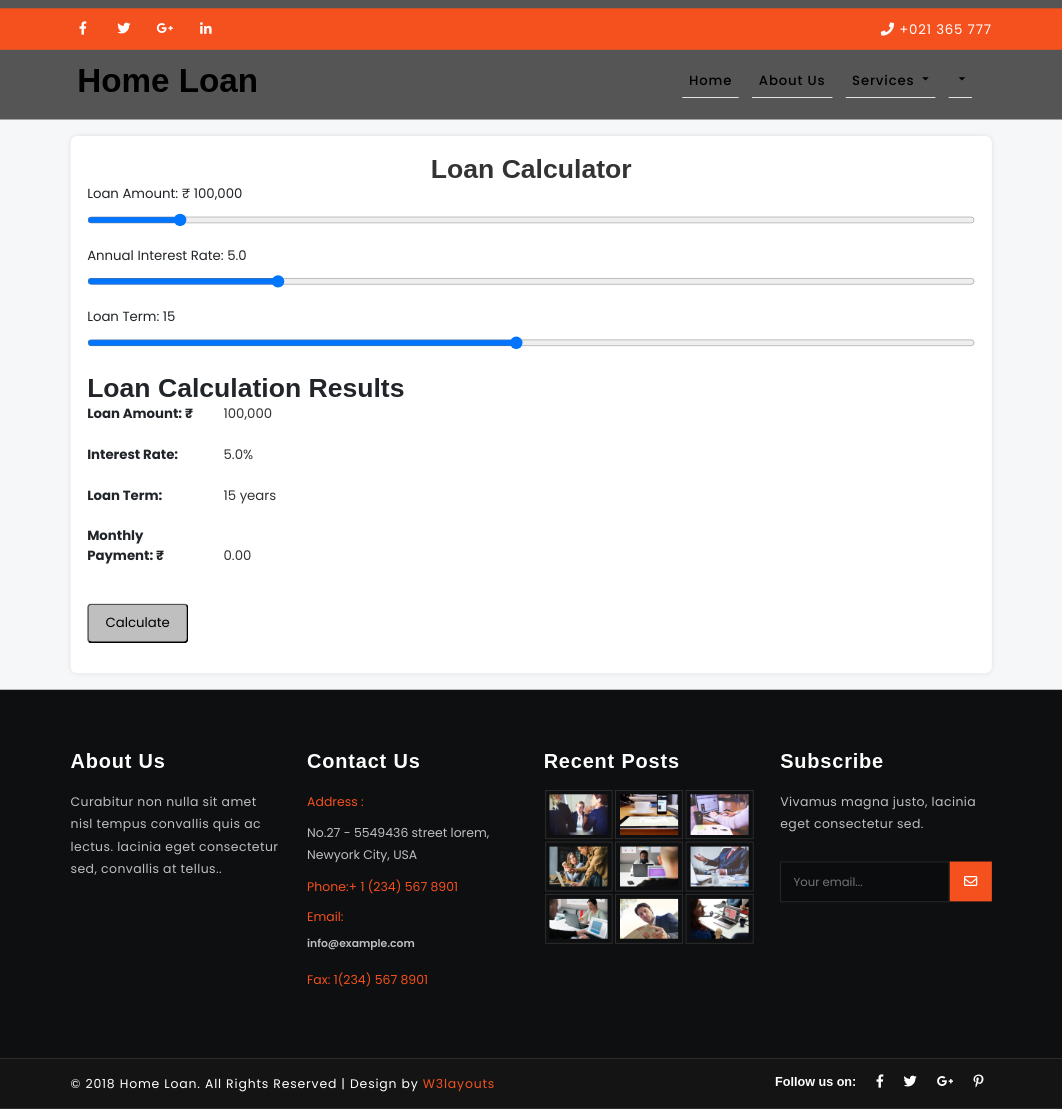
Repository: 72-faisal/Spring-MVC-project
Page: http://localhost/HomeLoan/WEB-INF/views/flexiPay.jsp
These files come from the project's save history. The page is drawn as it stood at one moment and after the next save; the edit follows.
The browser window is 1280 px wide. The pictures show the whole page, at 83% of full size.
Some web fonts or font styles are not loaded; a fallback is used. The page is served by Tomcat 9. Nobody is signed in. Other server files are loaded and not shown. The template is opened directly, without the code that normally fills it, so the values that code supplies are empty.

Above is the page before, as saved 2024-01-15 11:44:47.

### HomeLoan/src/main/webapp/WEB-INF/views/flexiPay.jsp
<%@ page language="java" contentType="text/html; charset=ISO-8859-1"
	pageEncoding="ISO-8859-1"%>
<%@ page isELIgnored="false"%>
<!DOCTYPE html>
<html>
<head>
<meta charset="ISO-8859-1">
<title>Home Loan a Banking Category Flat Bootstrap Responsive
	Website Template | Services :: w3layouts</title>
<style>
/* Add your global styles here */
body {
	font-family: 'Poppins', sans-serif;
	margin: 0;
	padding: 0;
	background-color: #f5f5f5;
}

header {
	background-color: #555;
	color: #fff;
	padding: 10px 0;
}

.container {
	width: 80%;
	margin: auto;
}

/* Add more styles as needed */

/* Apply Online Section Styles */
.apply-online {
	background-color: #fff;
	padding: 20px;
	margin: 20px 0;
	border-radius: 8px;
	box-shadow: 0 0 6px rgba(0, 0, 0, 0.1);
}

.apply-online h2 span {
	color: #333;
}

.apply-online form {
	max-width: 600px;
	margin: auto;
}

.apply-online label {
	display: block;
	margin-bottom: 10px;
}

.apply-online input[type="range"] {
	width: 100%;
}

.apply-online button {
	background-color: #bfbfbf;
	color: #000;
	padding: 10px 20px;
	text-decoration: none;
	border-radius: 5px;
	display: inline-block;
	margin-top: 20px;
	cursor: pointer;
}
/* Add more styles as needed */

/* Result Section Styles */
#resultSection {
	margin-top: 20px;
}

.result-item {
	margin-bottom: 15px;
}

.result-item label {
	font-weight: bold;
	display: inline-block;
	width: 150px;
}

.result-item span {
	display: inline-block;
	color: #333;
	font-weight: normal;
	margin-left: 10px;
}

/* Add more styles as needed */
</style>
<!-- <style type="text/css">
/* Global Styles */
body {
	font-family: 'Poppins', sans-serif;
	margin: 0;
	padding: 0;
	background-color: #f5f5f5;
}

/* Header Styles */
/*   header {
        background-color: #333;
        color: #fff;
        padding: 10px 0;
    } */
.top {
	background-color: #555;
	padding: 5px 0;
}

.top-middle ul, .top-left ul {
	padding: 0;
	margin: 0;
	list-style: none;
}

.top-middle ul li, .top-left ul li {
	display: inline;
	margin-right: 10px;
}

/* Apply Online Section Styles */
.apply-online {
	/* background-color: #fff; */
	padding: 20px;
	margin: 20px 0;
	border-radius: 8px;
	box-shadow: 0 0 6px rgba(0, 0, 0, 0.1);
}

.apply-online h2 span {
	color: #333;
}

.apply-online ul {
	list-style: none;
	padding: 60px;
	margin: 0;
	text-align: center;
}

.apply-online ul li {
	display: inline-block;
	margin-right: 75px;
	vertical-align: top;
}

.apply-online ul li img {
	max-width: 100%;
}

.apply-online ul li p {
	margin: 5px 0;
}

.apply-online .apply-btn {
	background-color: #bfbfbf;
	color: #000;
	padding: 10px 20px;
	text-decoration: none;
	border-radius: 5px;
	display: inline-block;
	margin-top: 20px;
}

/* Footer Styles */
/*  footer {
        background-color: #f1f1f1;
        color: #fff;
        text-align: center;
        padding: 10px 0;
        margin-top: 20px;
    } */
</style> -->
<!-- Additional stylesheets -->
<title>Home Loan a Banking Category Flat Bootstrap Responsive
	Website Template | Services :: w3layouts</title>
<meta name="viewport" content="width=device-width, initial-scale=1">
<meta charset="utf-8">
<meta name="keywords"
	content="Home Loan Responsive web template, Bootstrap Web Templates, Flat Web Templates, Android Compatible web template,
SmartPhone Compatible web template, free WebDesigns for Nokia, Samsung, LG, SonyEricsson, Motorola web design" />
<script>
	addEventListener("load", function() {
		setTimeout(hideURLbar, 0);
	}, false);

	function hideURLbar() {
		window.scrollTo(0, 1);
	}
</script>

<!-- Bootstrap Core CSS -->
<link href="<%=request.getContextPath()%>/resources/css/bootstrap.css"
	rel='stylesheet' type='text/css' />
<link href="<%=request.getContextPath()%>/resources/css/style.css"
	rel='stylesheet' type='text/css' />
<!-- font-awesome icons -->
<link
	href="<%=request.getContextPath()%>/resources/css/fontawesome-all.min.css"
	rel="stylesheet">
<!-- //Custom Theme files -->
<!-- online fonts -->
<!-- titles -->
<link
	href="//fonts.googleapis.com/css?family=Raleway:300,400,500,600,700,800,900"
	rel="stylesheet">
<!-- body -->
<link
	href="//fonts.googleapis.com/css?family=Poppins:400,500,600,700,800"
	rel="stylesheet">


<script>
    document.addEventListener("DOMContentLoaded", function () {
        // Function to update the display value for loan amount
        function updateLoanAmount() {
            var loanAmount = document.getElementById("loanAmount");
            var loanAmountValue = document.getElementById("loanAmountValue");
            loanAmountValue.textContent = loanAmount.value.replace(/\B(?=(\d{3})+(?!\d))/g, ",");
        }

        // Function to update the display value for interest rate
        function updateInterestRate() {
            var interestRate = document.getElementById("interestRate");
            var interestRateValue = document.getElementById("interestRateValue");
            interestRateValue.textContent = interestRate.value + "%";
        }

        // Function to update the display value for loan term
        function updateLoanTerm() {
            var loanTerm = document.getElementById("loanTerm");
            var loanTermValue = document.getElementById("loanTermValue");
            loanTermValue.textContent = loanTerm.value + " years";
        }

        // Function to calculate loan and update results
        function calculateLoan() {
            var loanAmount = parseFloat(document.getElementById("loanAmount").value.replace(/,/g, ''));
            var interestRate = parseFloat(document.getElementById("interestRate").value);
            var loanTerm = parseInt(document.getElementById("loanTerm").value);

            var monthlyRate = interestRate / 100 / 12;
    		var numberOfPayments = loanTerm * 12;
            var monthlyPayment = (loanAmount * monthlyRate) / (1 - Math.pow(1 + monthlyRate, -numberOfPayments));

            document.getElementById("loanAmountResult").innerHTML = "Loan Amount: &#8377;" + loanAmount.toLocaleString();
            document.getElementById("interestRateResult").innerHTML = "Interest Rate: " + interestRate + "%";
            document.getElementById("loanTermResult").innerHTML = "Loan Term: " + loanTerm + " years";
            document.getElementById("monthlyPaymentResult").innerHTML = "Monthly Payment: &#8377;" + monthlyPayment.toFixed(2).toLocaleString();
        }

        // Attach event listeners to range sliders
        document.getElementById("loanAmount").addEventListener("input", updateLoanAmount);
        document.getElementById("interestRate").addEventListener("input", updateInterestRate);
        document.getElementById("loanTerm").addEventListener("input", updateLoanTerm);

        // Attach event listener to the Calculate button
        document.getElementById("calculateBtn").addEventListener("click", calculateLoan);
    });
</script>


</head>

<body>

	<!-- header -->
	<header>
		<div class="top">
			<div class="container">
				<div class="t-op row">
					<div class="col-sm-6 top-middle">
						<ul>
							<li><a href="#"><i class="fab fa-facebook-f"></i></a></li>
							<li><a href="#"><i class="fab fa-twitter"></i></a></li>
							<li><a href="#"><i class="fab fa-google-plus-g"></i></a></li>
							<li><a href="#"><i class="fab fa-linkedin-in"></i></a></li>
						</ul>
					</div>
					<div class="col-sm-6 top-left">
						<ul>
							<li><i class="fas fa-phone"></i> +021 365 777</li>
						</ul>
					</div>
				</div>
			</div>
		</div>
		<div class="container">
			<nav class="navbar navbar-expand-lg navbar-light">
				<h1>
					<a class="navbar-brand text-capitalize" href="index"> Home Loan
					</a>
				</h1>
				<button class="navbar-toggler" type="button" data-toggle="collapse"
					data-target="#navbarSupportedContent"
					aria-controls="navbarSupportedContent" aria-expanded="false"
					aria-label="Toggle navigation">
					<span class="navbar-toggler-icon"></span>
				</button>

				<div class="collapse navbar-collapse" id="navbarSupportedContent">
					<ul class="navbar-nav text-center  ml-lg-auto">
						<li class="nav-item mr-3"><a class="nav-link" href="index">Home
								<span class="sr-only">(current)</span>
						</a></li>
						<li class="nav-item  mr-3"><a class="nav-link" href="about">About
								Us</a></li>

						<li class="nav-item dropdown mr-3"><a
							class="nav-link dropdown-toggle" href="#" id="navbarDropdown"
							role="button" data-toggle="dropdown" aria-haspopup="true"
							aria-expanded="false"> Services </a>
							<div class="dropdown-menu" aria-labelledby="navbarDropdown">
								<a class="dropdown-item" href="LoanApplyOnline">Apply Online</a>
								<a class="dropdown-item" href="LoanApprovedProject">Approved
									Project</a> <a class="dropdown-item" href="LoanCalculator">Loan
									Calculator</a>
							</div></li>
						<li class="nav-item dropdown mr-3"><a
							class="nav-link dropdown-toggle" href="#" id="navbarDropdown"
							role="button" data-toggle="dropdown" aria-haspopup="true"
							aria-expanded="false"> ${user.name } </a>
							<div class="dropdown-menu" aria-labelledby="navbarDropdown">
								<a class="dropdown-item" href="UserProfile">Profile</a> <a
									class="dropdown-item" href="UserChangePassword">Change
									Password</a> <a class="dropdown-item" href="UserLogout">Logout</a>
							</div></li>
						<!-- 	<li class="nav-item">
							<a class="nav-link" href="contact">contact</a>
						</li> -->
					</ul>
				</div>
			</nav>
		</div>
	</header>
	<!-- //header -->

	<!-- Apply Online Section -->
	<div class="container">
		<form id="loanForm"
			action="${pageContext.request.contextPath}/flexipay" method="post"
			class="apply-online">
			<h2 style="text-align: center">
				<span>Loan Calculator</span>
			</h2>

			<div class="form-group">
				<label for="loanAmount">Loan Amount: &#8377; <span
					id="loanAmountValue">100,000</span></label> <input type="range"
					id="loanAmount" name="loanAmount" min="10000" max="10000000"
					step="1000" value="1000000">
			</div>


			<div class="form-group">
				<label for="interestRate">Annual Interest Rate: <span
					id="interestRateValue">5.0</span>
				</label> <input type="range" id="interestRate" name="interestRate" min="1"
					max="20" step="0.1" value="5.0">
			</div>

			<div class="form-group">
				<label for="loanTerm">Loan Term: <span id="loanTermValue">15</span>

				</label> <input type="range" id="loanTerm" name="loanTerm" min="1" max="30"
					step="1" value="15">
			</div>
			<div id="resultSection" style="margin-top: 20px;">
				<h2>Loan Calculation Results</h2>

				<div class="result-item">
					<label>Loan Amount:  &#8377;</label> <span id="loanAmountResult">100,000</span>
				</div>

				<div class="result-item">
					<label>Interest Rate:</label> <span id="interestRateResult">5.0%</span>
				</div>

				<div class="result-item">
					<label>Loan Term:</label> <span id="loanTermResult">15 years</span>
				</div>

				<div class="result-item">
					<label>Monthly Payment: &#8377;</label> <span id="monthlyPaymentResult">0.00</span>
				</div>
			</div>



			<div class="form-group">
				<button type="button" id="calculateBtn" onclick="calculateLoan()">Calculate</button>
			</div>
		</form>
	</div>

	<!-- <p>&nbsp;</p>
		<p>&nbsp;</p> -->
	<!-- <p class="txt-center" style="text-align: center;">
			<input type="submit" class="apply-btn" value="Apply Now">
		</p> -->
	<!-- </div>
	</form> -->
	<!--footer-->
	<footer>
		<div class="container py-md-4 mt-md-3">
			<div class="row footer-top-w3layouts-agile py-5">
				<div class="col-lg-3 col-md-6 col-sm-6 footer-grid">
					<div class="footer-title">
						<h3>About Us</h3>
					</div>
					<div class="footer-text">
						<p>Curabitur non nulla sit amet nisl tempus convallis quis ac
							lectus. lacinia eget consectetur sed, convallis at tellus..</p>

					</div>
				</div>
				<div class="col-lg-3 col-md-6 col-sm-6 footer-grid">
					<div class="footer-title">
						<h3>Contact Us</h3>
					</div>
					<div class="footer-office-hour">
						<ul>
							<li class="hd">Address :</li>
							<li>No.27 - 5549436 street lorem, Newyork City, USA</li>

						</ul>
						<ul>
							<li class="hd">Phone:+ 1 (234) 567 8901</li>
							<li class="hd">Email: <a href="mailto:info@example.com">info@example.com</a>
							</li>
							<li class="hd">Fax: 1(234) 567 8901</li>
						</ul>
					</div>
				</div>
				<div class="col-lg-3 col-md-6 col-sm-6 footer-grid">
					<div class="footer-title">
						<h3>Recent Posts</h3>
					</div>
					<div class="footer-list">
						<div class="flickr-grid">
							<a href="#" data-toggle="modal" data-target="#myModal"> <img
								src="<%=request.getContextPath()%>/resources/images/g1.jpg"
								class="img-fluid" alt=" ">
							</a>
						</div>
						<div class="flickr-grid">
							<a href="#" data-toggle="modal" data-target="#myModal"> <img
								src="<%=request.getContextPath()%>/resources/images/g2.jpg"
								class="img-fluid" alt=" ">
							</a>
						</div>
						<div class="flickr-grid">
							<a href="#" data-toggle="modal" data-target="#myModal"> <img
								src="<%=request.getContextPath()%>/resources/images/g3.jpg"
								class="img-fluid" alt=" ">
							</a>
						</div>
						<div class="flickr-grid">
							<a href="#" data-toggle="modal" data-target="#myModal"> <img
								src="<%=request.getContextPath()%>/resources/images/g4.jpg"
								class="img-fluid" alt=" ">
							</a>
						</div>
						<div class="flickr-grid">
							<a href="#" data-toggle="modal" data-target="#myModal"> <img
								src="<%=request.getContextPath()%>/resources/images/g5.jpg"
								class="img-fluid" alt=" ">
							</a>
						</div>
						<div class="flickr-grid">
							<a href="#" data-toggle="modal" data-target="#myModal"> <img
								src="<%=request.getContextPath()%>/resources/images/g6.jpg"
								class="img-fluid" alt=" ">
							</a>
						</div>
						<div class="flickr-grid">
							<a href="#" data-toggle="modal" data-target="#myModal"> <img
								src="<%=request.getContextPath()%>/resources/images/g7.jpg"
								class="img-fluid" alt=" ">
							</a>
						</div>
						<div class="flickr-grid">
							<a href="#" data-toggle="modal" data-target="#myModal"> <img
								src="<%=request.getContextPath()%>/resources/images/g9.jpg"
								class="img-fluid" alt=" ">
							</a>
						</div>
						<div class="flickr-grid">
							<a href="#" data-toggle="modal" data-target="#myModal"> <img
								src="<%=request.getContextPath()%>/resources/images/g8.jpg"
								class="img-fluid" alt=" ">
							</a>
						</div>
						<div class="clearfix"></div>
					</div>
				</div>
				<div class="col-lg-3 col-md-6 col-sm-6 footer-grid">
					<div class="footer-title">
						<h3>Subscribe</h3>
					</div>
					<p>Vivamus magna justo, lacinia eget consectetur sed.</p>
					<form action="#" method="post" class="newsletter">
						<input class="email" type="email" placeholder="Your email..."
							required="">
						<button class="btn1">
							<i class="far fa-envelope"></i>
						</button>
					</form>
					<div class="clearfix"></div>
				</div>
			</div>
		</div>
	</footer>
	<!---->
	<div class="copyright py-3">
		<div class="container">
			<div class="copyrighttop">
				<ul>
					<li>
						<h4>Follow us on:</h4>
					</li>
					<li><a class="facebook" href="#"> <i
							class="fab fa-facebook-f"></i>
					</a></li>
					<li><a class="facebook" href="#"> <i
							class="fab fa-twitter"></i>
					</a></li>
					<li><a class="facebook" href="#"> <i
							class="fab fa-google-plus-g"></i>
					</a></li>
					<li><a class="facebook" href="#"> <i
							class="fab fa-pinterest-p"></i>
					</a></li>
				</ul>
			</div>
			<div class="copyrightbottom">
				<p>
					© 2018 Home Loan. All Rights Reserved | Design by <a
						href="http://w3layouts.com/">W3layouts</a>
				</p>
			</div>
			<div class="clearfix"></div>
		</div>
	</div>
	<!-- Modal -->
	<div class="modal fade" id="myModal" tabindex="-1" role="dialog"
		aria-labelledby="exampleModalCenterTitle" aria-hidden="true">
		<div class="modal-dialog modal-dialog-centered" role="document">
			<div class="modal-content">
				<div class="modal-header">
					<h4 class="modal-title">Home Loan</h4>
					<button type="button" class="close" data-dismiss="modal"
						aria-label="Close">
						<span aria-hidden="true">&times;</span>
					</button>
				</div>
				<div class="modal-body">
					<div class="agileits-w3layouts-info">
						<img src="<%=request.getContextPath()%>/resources/images/g6.jpg"
							class="img-fluid" alt="" />
						<p>Duis venenatis, turpis eu bibendum porttitor, sapien quam
							ultricies tellus, ac rhoncus risus odio eget nunc. Pellentesque
							ac fermentum diam. Integer eu facilisis nunc, a iaculis felis.
							Pellentesque pellentesque tempor enim, in dapibus turpis
							porttitor quis.</p>
					</div>
				</div>
				<div class="modal-footer">
					<button type="button" class="btn btn-secondary"
						data-dismiss="modal">Close</button>
					<button type="button" class="btn btn-primary">Save changes</button>
				</div>
			</div>
		</div>
	</div>
	<!-- //Modal -->
	<!-- js-->
	<script
		src="<%=request.getContextPath()%>/resources/js/jquery-2.2.3.min.js"></script>
	<!-- js-->
	<!-- Bootstrap Core JavaScript -->
	<script src="<%=request.getContextPath()%>/resources/js/bootstrap.js ">

	</script>
	<!-- //Bootstrap Core JavaScript -->

</body>
</html>

Loaded but not shown: HomeLoan/src/main/webapp/WEB-INF/resources/assets/css/bootstrap.css (library); HomeLoan/src/main/webapp/WEB-INF/resources/assets/css/fontawesome-all.min.css (library); HomeLoan/src/main/webapp/WEB-INF/resources/assets/js/jquery-2.2.3.min.js (library); HomeLoan/src/main/webapp/WEB-INF/resources/assets/js/bootstrap.js (library); HomeLoan/src/main/webapp/WEB-INF/resources/assets/css/style.css (2094 lines, source omitted)

After the next save:
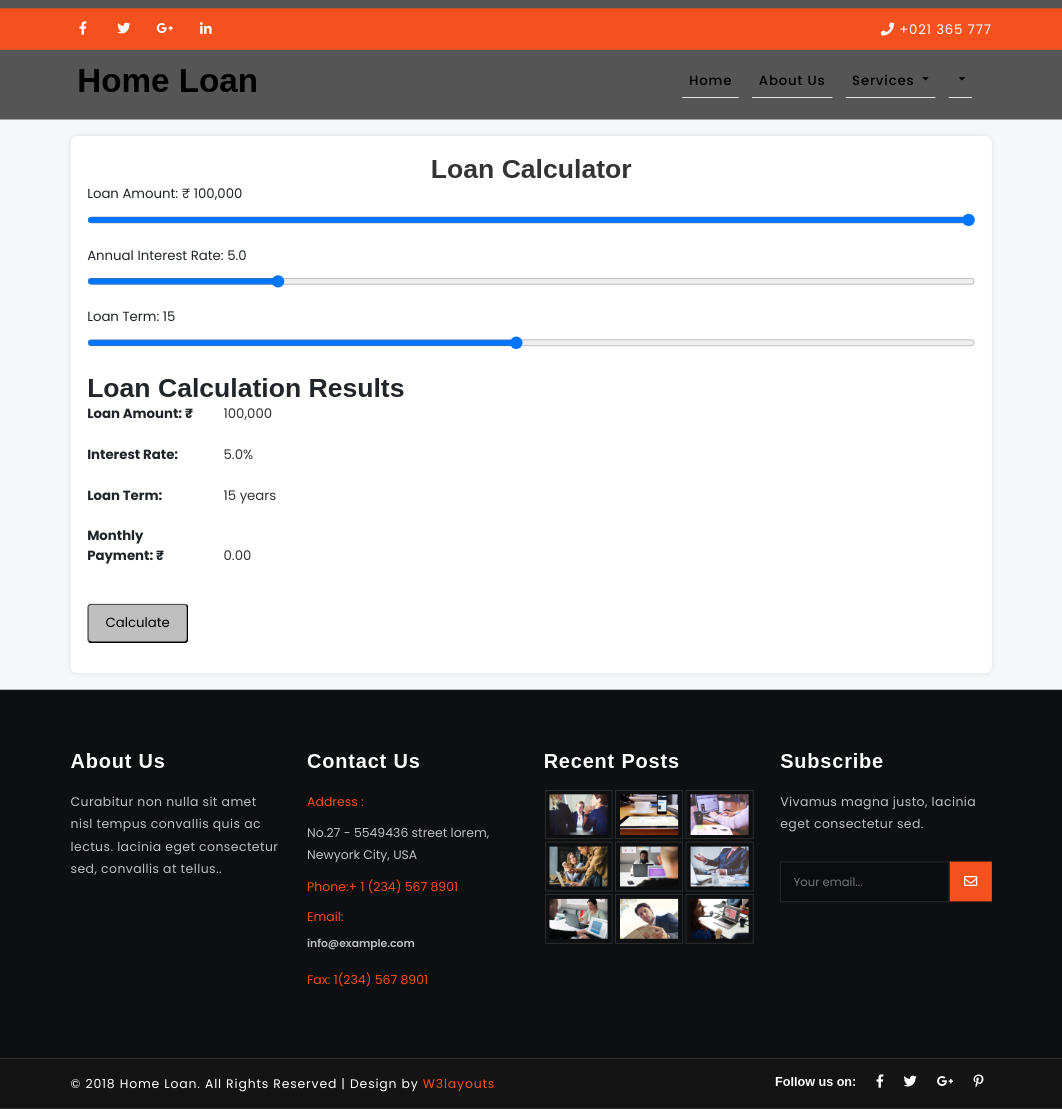
Saved 2 min 56 s later.
--- a/HomeLoan/src/main/webapp/WEB-INF/views/flexiPay.jsp
+++ b/HomeLoan/src/main/webapp/WEB-INF/views/flexiPay.jsp
@@ -352,7 +352,7 @@
 			<div class="form-group">
 				<label for="loanAmount">Loan Amount: &#8377; <span
 					id="loanAmountValue">100,000</span></label> <input type="range"
-					id="loanAmount" name="loanAmount" min="10000" max="10000000"
+					id="loanAmount" name="loanAmount" min="10000" max="1000000"
 					step="1000" value="1000000">
 			</div>
 

After the save that followed:
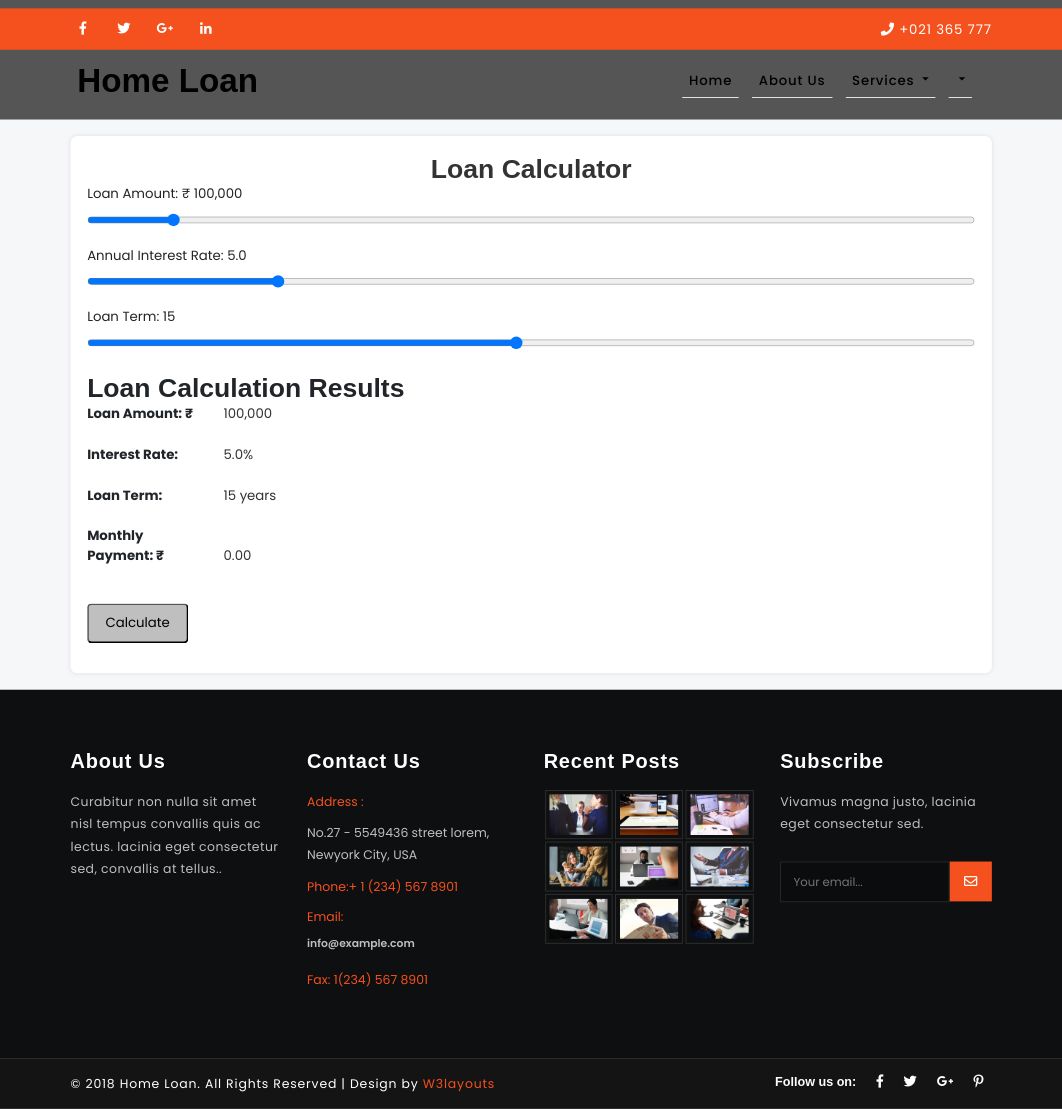
Saved 32 s later.
--- a/HomeLoan/src/main/webapp/WEB-INF/views/flexiPay.jsp
+++ b/HomeLoan/src/main/webapp/WEB-INF/views/flexiPay.jsp
@@ -353,7 +353,7 @@
 				<label for="loanAmount">Loan Amount: &#8377; <span
 					id="loanAmountValue">100,000</span></label> <input type="range"
 					id="loanAmount" name="loanAmount" min="10000" max="1000000"
-					step="1000" value="1000000">
+					step="1000" value="100000">
 			</div>
 
 
